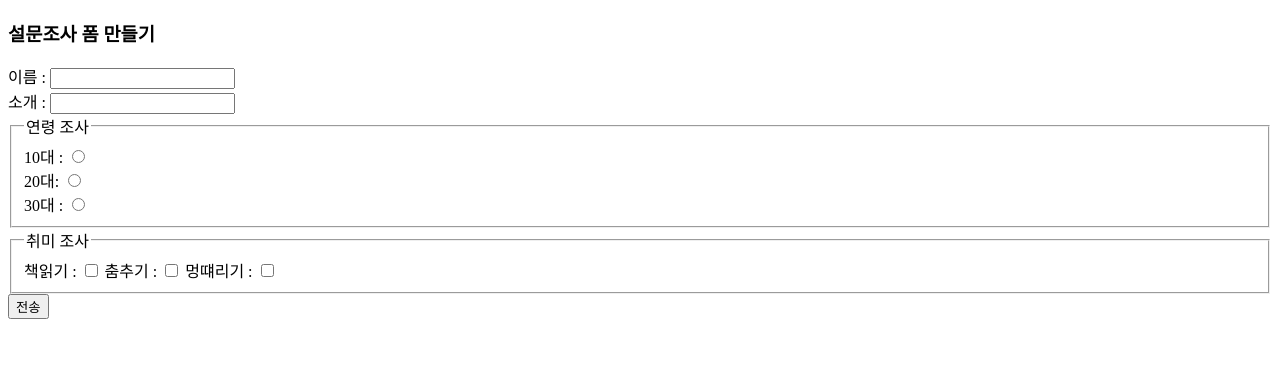
Repository: KimJaeHwan98/tomcat01
Page: http://localhost/3_req_res/quiz/ex01_form.jsp
These files come from the project's save history. The page is drawn as it stood at one moment and after the next save; the edit follows.
The browser window is 1280 px wide. The pictures show the whole page.
The page is served by Tomcat 9.

Above is the page before, as saved 2024-04-29 06:08:39.

After the next save:
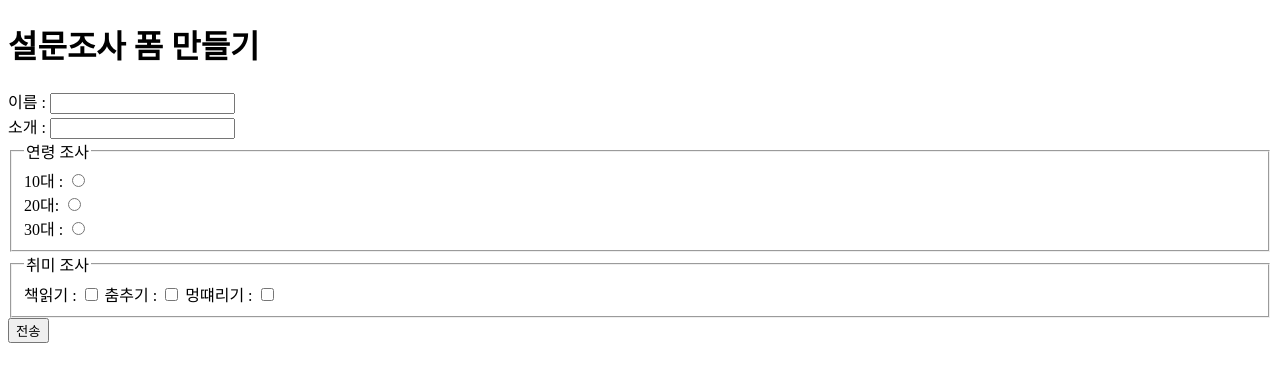
Saved 13 s later.
--- a/3_req_res/src/main/webapp/quiz/ex01_form.jsp
+++ b/3_req_res/src/main/webapp/quiz/ex01_form.jsp
@@ -7,7 +7,7 @@
 <title>Insert title here</title>
 </head>
 <body>
-<h3>설문조사 폼 만들기</h3>
+<h1>설문조사 폼 만들기</h1>
 <%String path = request.getContextPath();%>
 <form action="<%= path %> / ex01_result.jsp" method="post">
 
